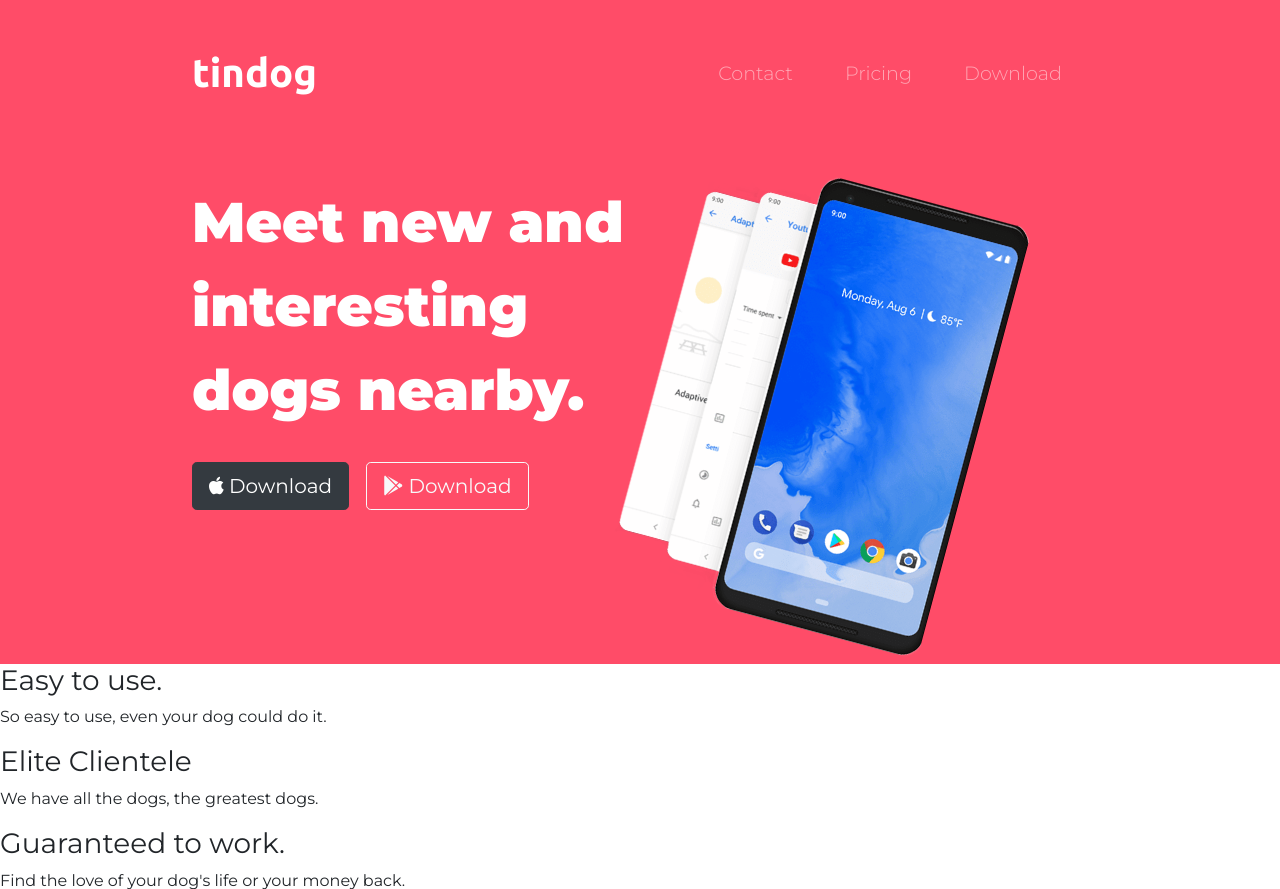
Repository: Isanderr/Simple_landing_page_2-Bootstrap4
Page: index.html
The author's editor kept a copy of each file at every save. The page is drawn from the files as they stood at one save, then again after the next save.
The browser window is 1280 px wide. The pictures show the part of the page from y = 0 to 889 px (the page is 2372 px tall).
A picture or video elsewhere on the page could not be fetched, so the positions and the page height are approximate. Some web libraries are served in a nearby version.

Above is the page before, as saved 2019-02-02 22:27:11.

After the next save:
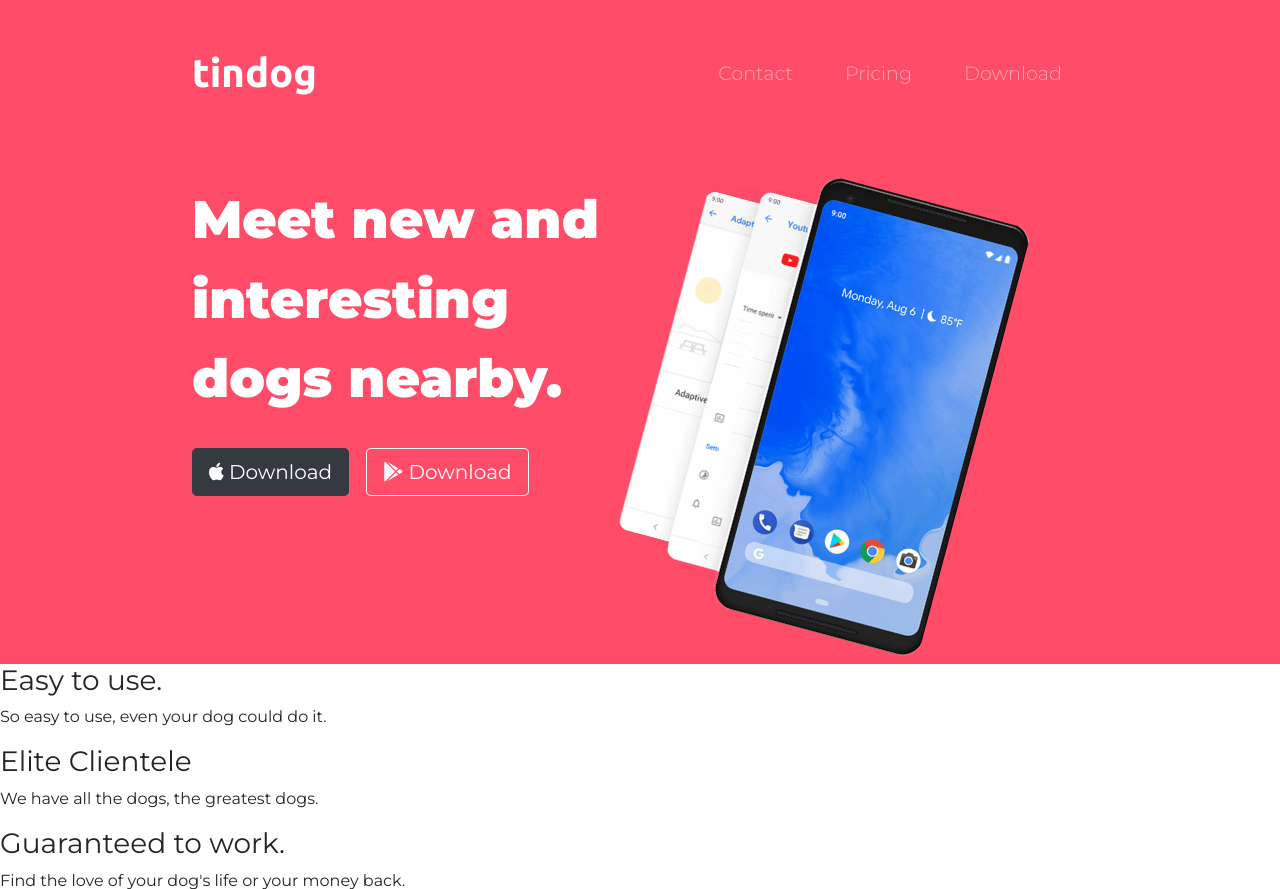
Saved 10 s later.
--- a/css/styles.css
+++ b/css/styles.css
@@ -17,7 +17,7 @@
 h1 {
     font-family: 'Montserrat', sans-serif;
     font-weight: 900;
-    font-size: 3.5rem;
+    font-size: 3.3rem;
     line-height: 1.5;
 }
 
